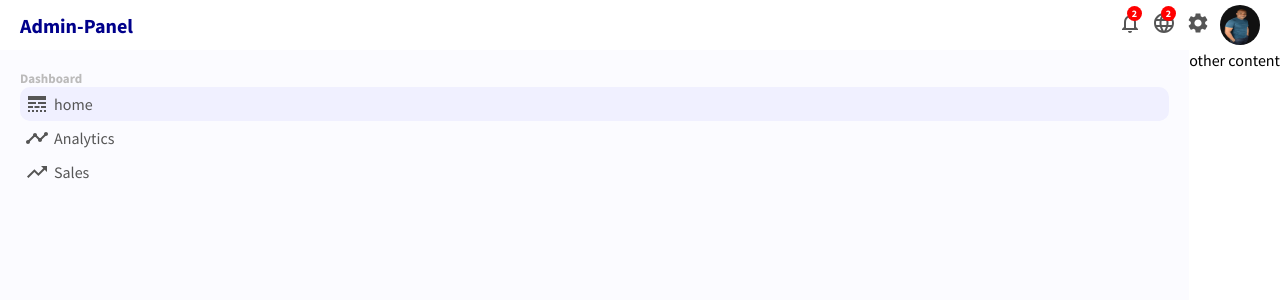
Repository: Samkiroko/admin-panel-ui
Page: /
The author's editor kept a copy of each file at every save. The page is drawn from the files as they stood at one save, then again after the next save.
The browser window is 1280 px wide. The pictures show the whole page.
The project was rebuilt for these pictures with package versions that can differ from the ones it lists, and the page was loaded fresh each time.

Above is the page before, as saved 2021-09-22 16:01:46.

After the next save:
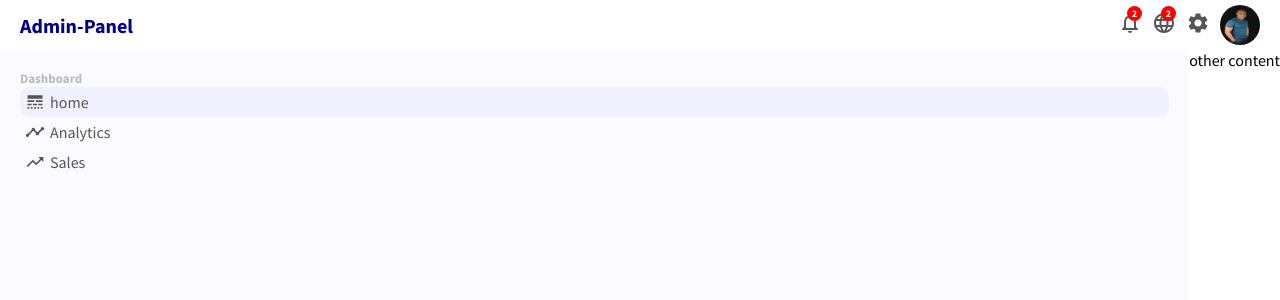
Saved 8 s later.
--- a/src/components/sidebar/sidebar.css
+++ b/src/components/sidebar/sidebar.css
@@ -40,5 +40,5 @@
 
 .sidebarIcon {
     margin-right: 5px;
-    font-size: 20px;
+    font-size: 20px !important;
 }
